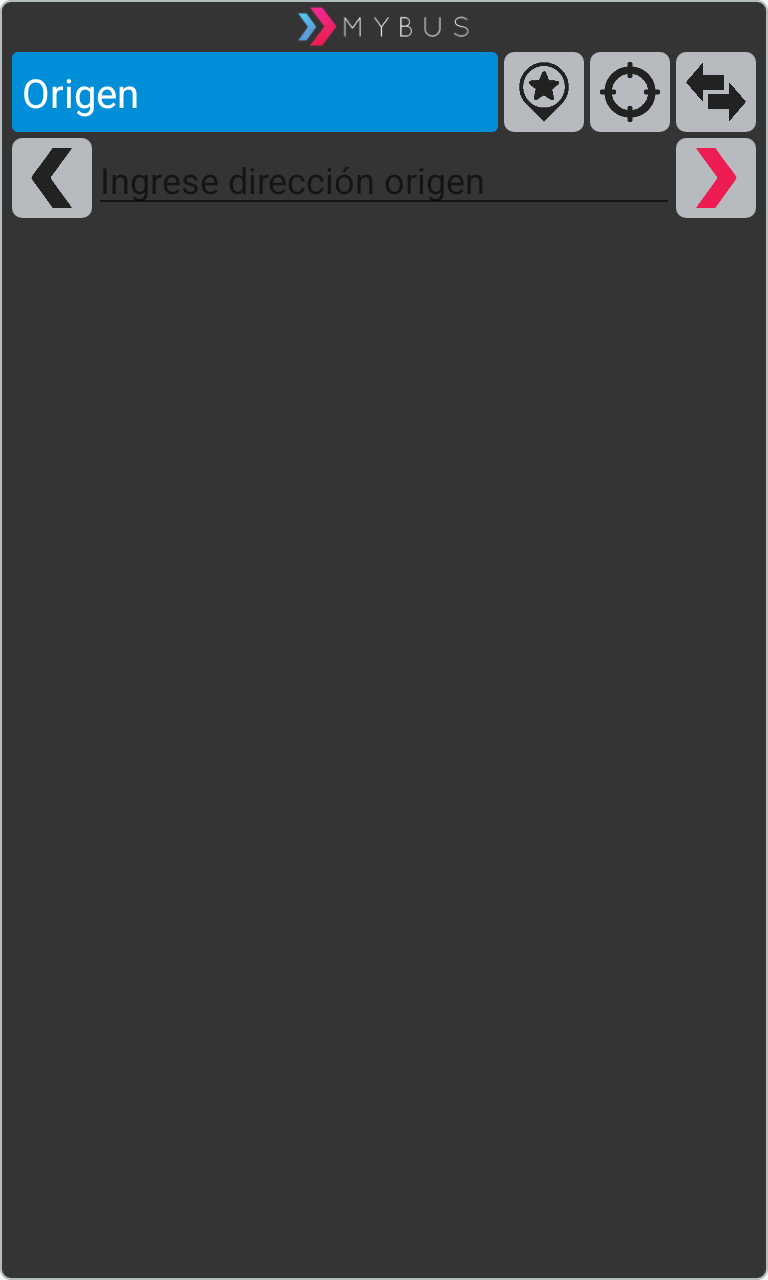
Repository: cooliopas/MyBus
Layout: MyBusAndroid/res/layout/fragment_filters.xml
An editor plug-in stored every save of this project. The layout is shown before and after the next save, followed by the edit.
It is drawn on a 768 x 1280 px phone screen (xhdpi) without system bars, with theme AppTheme; the app's code is not run.

Above is the layout before, as saved 2014-08-30 21:04:31.

### MyBusAndroid/res/layout/fragment_filters.xml
<?xml version="1.0" encoding="utf-8"?>
<LinearLayout xmlns:android="http://schemas.android.com/apk/res/android"
    android:id="@+id/layout_main_filter"
    android:layout_width="match_parent"
    android:layout_height="wrap_content"
    android:background="@layout/layout_bg"
    android:gravity="center|top"
    android:orientation="vertical" >

    <LinearLayout
        android:layout_width="match_parent"
        android:layout_height="26dp"
        android:gravity="center"
        android:paddingBottom="1dp"
        android:paddingTop="1dp" >

        <ImageView
            android:id="@+id/imageView1"
            android:layout_width="100dp"
            android:layout_height="24dp"
            android:scaleType="fitCenter"
            android:src="@drawable/logoblanco" />

    </LinearLayout>

    <LinearLayout
        android:layout_width="match_parent"
        android:layout_height="wrap_content"
        android:layout_marginBottom="3dp"
        android:background="@null"
        android:orientation="horizontal"
        android:paddingLeft="3dp"
        android:paddingRight="3dp" >

        <LinearLayout
            android:id="@+id/layout_orig_dest"
            android:layout_width="match_parent"
            android:layout_height="match_parent"
            android:layout_marginLeft="3dp"
            android:layout_weight="1"
            android:background="@layout/statusmode_origin"
            android:gravity="center|left" >

            <TextView
                android:id="@+id/tv_orig_dest"
                android:layout_width="wrap_content"
                android:layout_height="wrap_content"
                android:paddingLeft="5dp"
                android:text="@string/Origin"
                android:textAppearance="?android:attr/textAppearanceSmall"
                android:textColor="@color/pure_white"
                android:textSize="20dp"
                android:typeface="sans" />

        </LinearLayout>

        <LinearLayout
            android:layout_width="wrap_content"
            android:layout_height="match_parent"
            android:gravity="center|right" >

            <LinearLayout
                android:id="@+id/Layout_star"
                android:layout_width="wrap_content"
                android:layout_height="wrap_content"
                android:background="@null" >

                <ImageButton
                    android:id="@+id/b_favorites"
                    style="@style/ButtonDefaultStyle"
                    android:layout_marginLeft="3dp"
                    android:padding="5dp"
                    android:scaleType="fitXY"
                    android:src="@drawable/favorite" />

            </LinearLayout>

            <LinearLayout
                android:id="@+id/Layout_gps"
                android:layout_width="wrap_content"
                android:layout_height="wrap_content"
                android:background="@null" >

                <ImageButton
                    android:id="@+id/b_gps"
                    style="@style/ButtonDefaultStyle"
                    android:layout_marginLeft="3dp"
                    android:padding="5dp"
                    android:scaleType="fitXY"
                    android:src="@drawable/location" />

            </LinearLayout>

            <LinearLayout
                android:layout_width="wrap_content"
                android:layout_height="wrap_content" >

                <ImageButton
                    android:id="@+id/b_switch"
                    style="@style/ButtonDefaultStyle"
                    android:layout_marginLeft="3dp"
                    android:layout_marginRight="3dp"
                    android:cropToPadding="false"
                    android:padding="5dp"
                    android:scaleType="fitXY"
                    android:src="@drawable/cambio" />

            </LinearLayout>

        </LinearLayout>

    </LinearLayout>

    <RelativeLayout
        android:layout_width="wrap_content"
        android:layout_height="wrap_content"
        android:background="@null"
        android:paddingBottom="5dp"
        android:paddingLeft="3dp"
        android:paddingRight="3dp" >

        <LinearLayout
            android:id="@+id/Layout_origin"
            android:layout_width="match_parent"
            android:layout_height="wrap_content"
            android:background="@null"
            android:gravity="center"
            android:visibility="visible" >

            <ImageButton
                android:id="@+id/b_back_1"
                style="@style/ButtonDefaultStyle"
                android:layout_marginLeft="3dp"
                android:padding="5dp"
                android:scaleType="fitXY"
                android:src="@drawable/backhome" />

            <EditText
                android:id="@+id/et_origin"
                android:layout_width="match_parent"
                android:layout_height="match_parent"
                android:layout_weight="1"
                android:ems="10"
                android:hint="@string/IngreseOrigen"
                android:inputType="textPersonName"
                android:textColor="@color/white"
                android:typeface="sans" />

            <ImageButton
                android:id="@+id/b_confirm_origin"
                style="@style/ButtonDefaultStyle"
                android:layout_height="40dp"
                android:layout_marginRight="3dp"
                android:padding="5dp"
                android:scaleType="fitXY"
                android:src="@drawable/nextdestino" />

        </LinearLayout>

        <LinearLayout
            android:id="@+id/Layout_destiny"
            android:layout_width="match_parent"
            android:layout_height="wrap_content"
            android:background="@null"
            android:gravity="center"
            android:visibility="invisible" >

            <ImageButton
                android:id="@+id/b_back_2"
                style="@style/ButtonDefaultStyle"
                android:layout_marginLeft="3dp"
                android:padding="5dp"
                android:scaleType="fitXY"
                android:src="@drawable/backorigen" />

            <EditText
                android:id="@+id/et_destiny"
                android:layout_width="match_parent"
                android:layout_height="match_parent"
                android:layout_weight="1"
                android:hint="@string/IngreseDestino"
                android:inputType="textPersonName"
                android:textColor="@color/white"
                android:typeface="sans" />
                <!-- android:textColorLink="@android:color/holo_blue_light"  -->

            <ImageButton
                android:id="@+id/b_confirm_destiny"
                style="@style/ButtonDefaultStyle"
                android:layout_marginRight="3dp"
                android:padding="4dp"
                android:scaleType="fitXY"
                android:src="@drawable/botonbuscar" />

        </LinearLayout>

    </RelativeLayout>

</LinearLayout>

### MyBusAndroid/res/values/styles.xml
<resources xmlns:android="http://schemas.android.com/apk/res/android">

    <!--
        Base application theme, dependent on API level. This theme is replaced
        by AppBaseTheme from res/values-vXX/styles.xml on newer devices.




    -->
    <style name="AppBaseTheme" parent="@style/Theme.AppCompat.Light">
        <!--
            Theme customizations available in newer API levels can go in
            res/values-vXX/styles.xml, while customizations related to
            backward-compatibility can go here.




        -->
    </style>

    <!-- Application theme. -->
    <style name="AppTheme" parent="AppBaseTheme">

        <!-- All customizations that are NOT specific to a particular API-level can go here. -->
        <item name="android:actionBarStyle">@style/MyBusActionBar</item>
        <item name="actionBarStyle">@style/MyBusActionBar</item>

   		<!-- Straight import from http://stackoverflow.com/questions/16404820/how-to-set-default-font-family-for-entire-android-app -->
   	    <!--  <item name="android:textViewStyle">@style/RobotoTextViewStyle</item>
   	    <item name="android:editTextStyle">@style/RobotoTextViewStyle</item>
	    <item name="android:buttonStyle">@style/RobotoButtonStyle</item>-->
	    <item name="android:typeface">sans</item>

    </style>

    <style name="listRow" parent="android:Widget.Holo.Light.TextView">
        <item name="android:textColor">@color/white</item>
        <item name="android:layout_width">wrap_content</item>
        <item name="android:layout_height">wrap_content</item>
    </style>

    <style name="list" parent="android:Widget.Holo.Light.TextView">
        <item name="android:background">@color/mybus_gray_light</item>
        <item name="android:layout_width">wrap_content</item>
        <item name="android:layout_height">wrap_content</item>
    </style>

    <!-- Straight import from http://stackoverflow.com/questions/16404820/how-to-set-default-font-family-for-entire-android-app -->
    <style name="RobotoTextViewStyle" parent="android:Widget.TextView">
        <item name="android:typeface">sans</item>
    </style>

    <style name="RobotoButtonStyle" parent="android:Widget.Holo.Button">
        <item name="android:fontFamily">sans-serif-light</item>
    </style>

    <!-- Straight import from http://stackoverflow.com/questions/5861661 -->
    <style name="MyBusActionBar" parent="@style/Widget.AppCompat.Light.ActionBar">
        <item name="android:background">@color/mybus_gray_dark</item>
        <item name="background">@color/mybus_gray_dark</item>
        <item name="android:titleTextStyle">@style/ActionBarTitleText</item>
        <item name="titleTextStyle">@style/ActionBarTitleText</item>
    </style>

    <style name="ActionBarTitleText" parent="@style/TextAppearance.AppCompat.Widget.ActionBar.Title">
        <item name="android:textColor">@color/white</item>
    </style>

    <style name="ActionBarSubTitleText" parent="@style/TextAppearance.AppCompat.Widget.ActionBar.Subtitle">
        <item name="android:textColor">@color/white</item>
    </style>

    <style name="DefaultWhiteText" parent="@style/AppTheme">
        <item name="android:textColor">@color/white</item>
    </style>

    <style name="ButtonDefaultStyle">
        <item name="android:background">@layout/button_bg</item>
        <item name="background">@layout/button_bg</item>
        <item name="android:layout_width">40dp</item>
        <item name="android:layout_height">40dp</item>
    </style>

    <style name="Bg_infobus">
        <item name="android:background">@layout/litght_bg_infobus</item>
        <item name="background">@layout/litght_bg_infobus</item>
        <item name="android:layout_width">50dp</item>
        <item name="android:layout_height">wrap_content</item>
    </style>

</resources>

### MyBusAndroid/res/values-v14/styles.xml
<resources>

    <!--
        Base application theme for API 14+. This theme completely replaces
        AppBaseTheme from BOTH res/values/styles.xml and
        res/values-v11/styles.xml on API 14+ devices.
    -->
    <style name="AppBaseTheme" parent="@style/Theme.AppCompat.Light">
        <!-- API 14 theme customizations can go here. -->
    </style>

</resources>

### MyBusAndroid/res/values/colors.xml
<?xml version="1.0" encoding="utf-8"?>
<resources>

    <item name="color_511a" type="color">#4d0302</item>
    <item name="color_511b" type="color">#4d0302</item>
    <item name="color_511ch" type="color">#4d0302</item>
    <item name="color_511f" type="color">#4d0302</item>
    <item name="color_511g" type="color">#4d0302</item>
    <item name="color_511p" type="color">#4d0302</item>
    <item name="color_511Ron" type="color">#4d0302</item>
    <item name="color_512a" type="color">#4d0302</item>
    <item name="color_512b" type="color">#4d0302</item>
    <item name="color_521" type="color">#d60405</item>
    <item name="color_522" type="color">#d60405</item>
    <item name="color_523" type="color">#d60405</item>
    <item name="color_525" type="color">#d60405</item>
    <item name="color_531" type="color">#2c800e</item>
    <item name="color_532" type="color">#2c800e</item>
    <item name="color_533" type="color">#2c800e</item>
    <item name="color_541" type="color">#d60405</item>
    <item name="color_542" type="color">#d60405</item>
    <item name="color_543" type="color">#d60405</item>
    <item name="color_551" type="color">#d60405</item>
    <item name="color_552" type="color">#d60405</item>
    <item name="color_552a" type="color">#d60405</item>
    <item name="color_553" type="color">#d60405</item>
    <item name="color_554" type="color">#d60405</item>
    <item name="color_555" type="color">#d60405</item>
    <item name="color_562" type="color">#00338e</item>
    <item name="color_563a" type="color">#00338e</item>
    <item name="color_563b" type="color">#00338e</item>
    <item name="color_571a" type="color">#f77306</item>
    <item name="color_571b" type="color">#f77306</item>
    <item name="color_573" type="color">#f77306</item>
    <item name="color_573b" type="color">#f77306</item>
    <item name="color_581" type="color">#e50000</item>
    <item name="color_591a" type="color">#2e88d6</item>
    <item name="color_591b" type="color">#2e88d6</item>
    <item name="color_593a" type="color">#2e88d6</item>
    <item name="color_593b" type="color">#2e88d6</item>
    <item name="color_717cv" type="color">#4d0302</item>
    <item name="color_717lp" type="color">#4d0302</item>
    <item name="color_717sp" type="color">#4d0302</item>
    <item name="color_720" type="color">#01755e</item>
    <item name="origin_blue" type="color">#008ed8</item>
    <item name="dest_purple" type="color">#d80056</item>
    <item name="white" type="color">#FFFFFF</item>
    <item name="black" type="color">#000000</item>
    <item name="mybus_gray_dark" type="color">#343434</item>
    <item name="mybus_gray_light" type="color">#6b6b6b</item>
  	<item name="background_base_window" type="color">#eeeeee</item>
  	<item name="pure_white" type="color">#ffffff</item>
  	<item name="naranja1" type="color">#D7AD00</item>
  	<item name="light_gray" type="color">#b7bbbf</item>
  	<item name="splash_silver" type="color">#f2f2f3</item>


</resources>

### MyBusAndroid/res/layout/layout_bg.xml
<?xml version="1.0" encoding="utf-8"?>
<shape xmlns:android="http://schemas.android.com/apk/res/android">
    <solid android:color="@color/mybus_gray_dark"/>
    <stroke android:width="1dip" android:color="#B1BCBE" />
    <corners android:radius="5dip"/>
    <padding android:left="0dip" android:top="0dip" android:right="0dip" android:bottom="0dip" />
</shape>

### MyBusAndroid/res/layout/statusmode_origin.xml
<?xml version="1.0" encoding="utf-8"?>
<shape xmlns:android="http://schemas.android.com/apk/res/android">
    <solid android:color="@color/origin_blue"/>
    <stroke android:width="0dip" android:color="#B1BCBE" />
    <corners android:radius="3dip"/>
    <padding android:left="0dip" android:top="0dip" android:right="0dip" android:bottom="0dip" />
</shape>

### MyBusAndroid/res/values/strings.xml
<?xml version="1.0" encoding="utf-8"?>
<resources>

    <string-array name="navigation_drawer_items_array">
        <item>Lugares favoritos</item>
        <item>Puntos de carga cercanos</item>
        <item>Tarifas</item>
        <item>Recorridos</item>
        <item>Configuración</item>
    </string-array>

    <string name="app_name">MyBus</string>
    <string name="action_settings">Settings</string>
    <string name="title_section1">Section 1</string>
    <string name="title_section2">Section 2</string>
    <string name="title_section3">Section 3</string>
    <string name="closest_recharge_points">Puntos de recarga cercanos</string>
    <string name="confirm">Confirmar</string>
    <string name="deletion_confirmation">¿Quiere borrar esta ubicación?</string>
    <string name="favorites_list_purge">Vaciar lista</string>
    <string name="btn_show_on_map">Mostrar en mapa</string>
    <string name="label_check_favorites">Mostrar favoritos en el mapa</string>
    <string name="label_check_stations">Mostrar puntos de carga en el mapa</string>
    <string name="reselect_message">¿Desea reseleccionar el punto?</string>
    <string name="Select">Seleccionar</string>
    <string name="Origin">Origen</string>
    <string name="Destination">Destino</string>
    <string name="Destinationlocation">Ubicación de destino</string>
    <string name="Originlocation">Ubicación de origen</string>
    <string name="Favorites">Favoritos</string>
    <string name="MarkerOptions">Opciones del Marcador</string>
    <string name="Buses">Colectivos</string>
    <string name="action_bar_show_map">Mostrar mapa</string>
    <string name="FavName">Nombre del favorito</string>
    <string name="Time">Tiempo</string>
    <string name="Km">Km.</string>
    <string name="Distance">Dist.</string>
    <string name="Caminar">Caminar</string>
    <string name="HaciaParada">hacia</string>
    <string name="Tomar">Tomar </string>
    <string name="Descender">Descender en</string>
    <string name="InfoRecorrido">Informacion de Recorrido</string>
    <string name="CargandoRuta">"Cargando ruta..."</string>
    <string name="NoResults">No se encontraron resultados para esta búsqueda</string>
    <string name="warning_trash_favorites">¿Realmente desea vaciar la lista de favoritos?</string>
    <string name="CaminarHasta">Caminar hasta</string>
	<string name="MiPosicionActual">Mi posición actual</string>
	<string name="Yo">Yo</string>
	<string name="PuntoFueraDeRango">Este punto está fuera de rango</string>
	<string name="Minutos">Minutos</string>
	<string name="Kms">Kms.</string>
	<string name="Minutos2">Min.</string>
	<string name="recharge_point_schedule">"Horario: "</string>
	<string name="mode_recharge_stations">Modo de mapa: puntos de recarga</string>
	<string name="recharge_stations">Puntos de recarga</string>
	<string name="map_failure_warning">No se puede crear el mapa</string>
	<string name="marker_loading">Buscando Ubicación...</string>
	<string name="server_connection_failure_notice">No se puede conectar con el servidor</string>
	<string name="queried_address_failure">No hay resultados para el domicilio solicitado</string>
	<string name="bus_stop">Parada</string>
	<string name="bus_line">"Línea "</string>
	<string name="line_start">(principio)</string>
	<string name="line_end">(fin)</string>
	<string name="favorites_list_empty">No has creado ubicaciones favoritas aún.</string>
	<string name="correct_value_origin">Ingrese un valor correcto para el origen o toque el mapa</string>
	<string name="correct_value_destination">Ingrese un valor correcto para el destino o toque el mapa</string>
    <string name="org_dest_must_completed">Los puntos de origen y destino deben estar ingresados</string>
    <string name="new_favorite_added">Nuevo favorito agregado</string>
    <string name="char_min">El nombre debe tener como minimo 3 caracteres</string>
    <string name="complete_markers">Deben estar ingresados el origen y el destino para el intercambio</string>
    <string name="switch_complete">Intercambio realizado</string>
    <string name="IngreseOrigen">"Ingrese dirección origen"</string>
    <string name="IngreseDestino">"Ingrese dirección destino"</string>
    <string name="BuscandoDireccion">Buscando Direccion...</string>
</resources>

### MyBusAndroid/res/layout/button_bg.xml
<?xml version="1.0" encoding="utf-8"?>
<selector
xmlns:android="http://schemas.android.com/apk/res/android">

<item android:state_pressed="true" >
    <shape>
        <solid android:color="#7AB6D1"/>
    	<stroke android:width="0dip" android:color="#B1BCBE" />
    	<corners android:radius="5dip"/>
    	<padding android:left="0dip" android:top="0dip" android:right="0dip" android:bottom="0dip" />
    </shape>
</item>

<item android:state_pressed="false" >
    <shape>
	    <solid android:color="@color/light_gray"/>
	    <stroke android:width="0dip" android:color="#B1BCBE" />
	    <corners android:radius="5dip"/>
	    <padding android:left="0dip" android:top="0dip" android:right="0dip" android:bottom="0dip" />
	</shape>
</item>

</selector>

Loaded but not shown: MyBusAndroid/res/values-v11/styles.xml (common file)

After the next save:
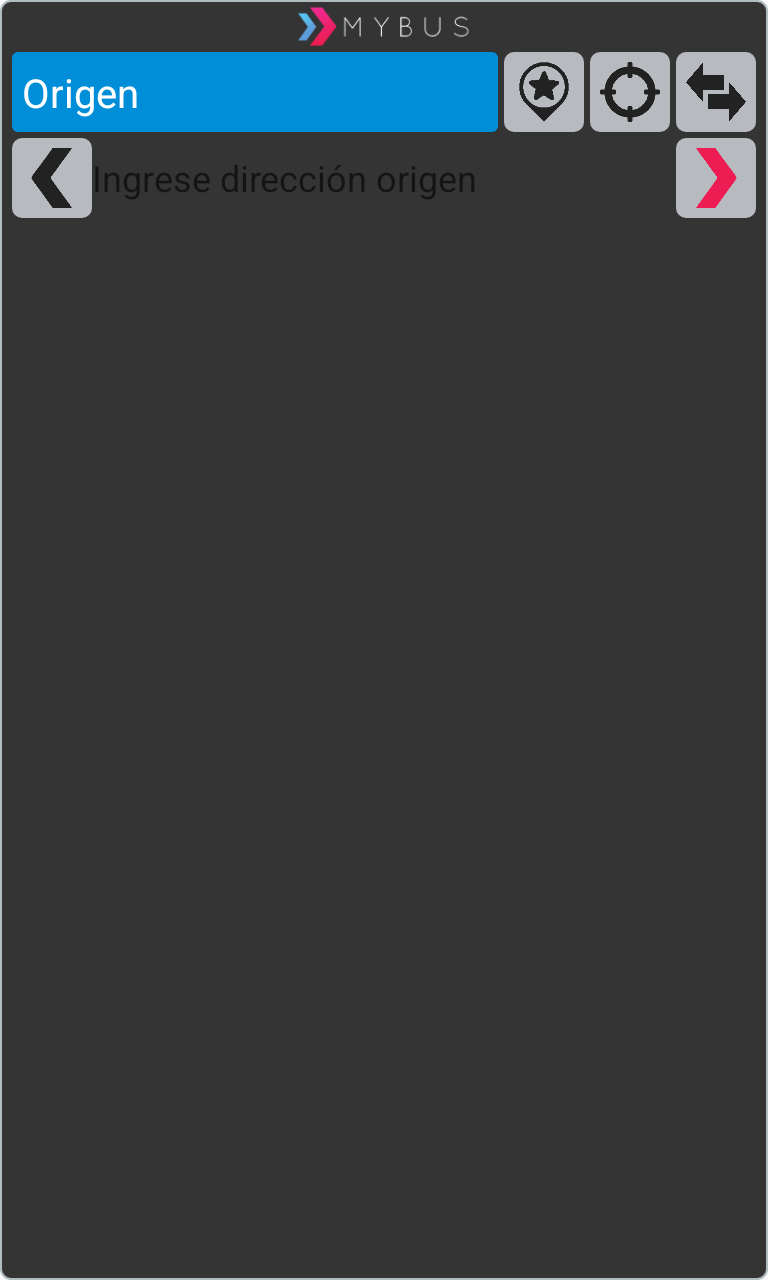
Saved 38 s later.
--- a/MyBusAndroid/res/layout/fragment_filters.xml
+++ b/MyBusAndroid/res/layout/fragment_filters.xml
@@ -143,7 +143,7 @@
                 android:ems="10"
                 android:hint="@string/IngreseOrigen"
                 android:inputType="textPersonName"
-                android:textColor="@color/white"
+                android:background="@color/mybus_gray_dark"
                 android:typeface="sans" />
 
             <ImageButton
@@ -178,6 +178,7 @@
                 android:layout_width="match_parent"
                 android:layout_height="match_parent"
                 android:layout_weight="1"
+                android:background="@color/mybus_gray_dark"
                 android:hint="@string/IngreseDestino"
                 android:inputType="textPersonName"
                 android:textColor="@color/white"
